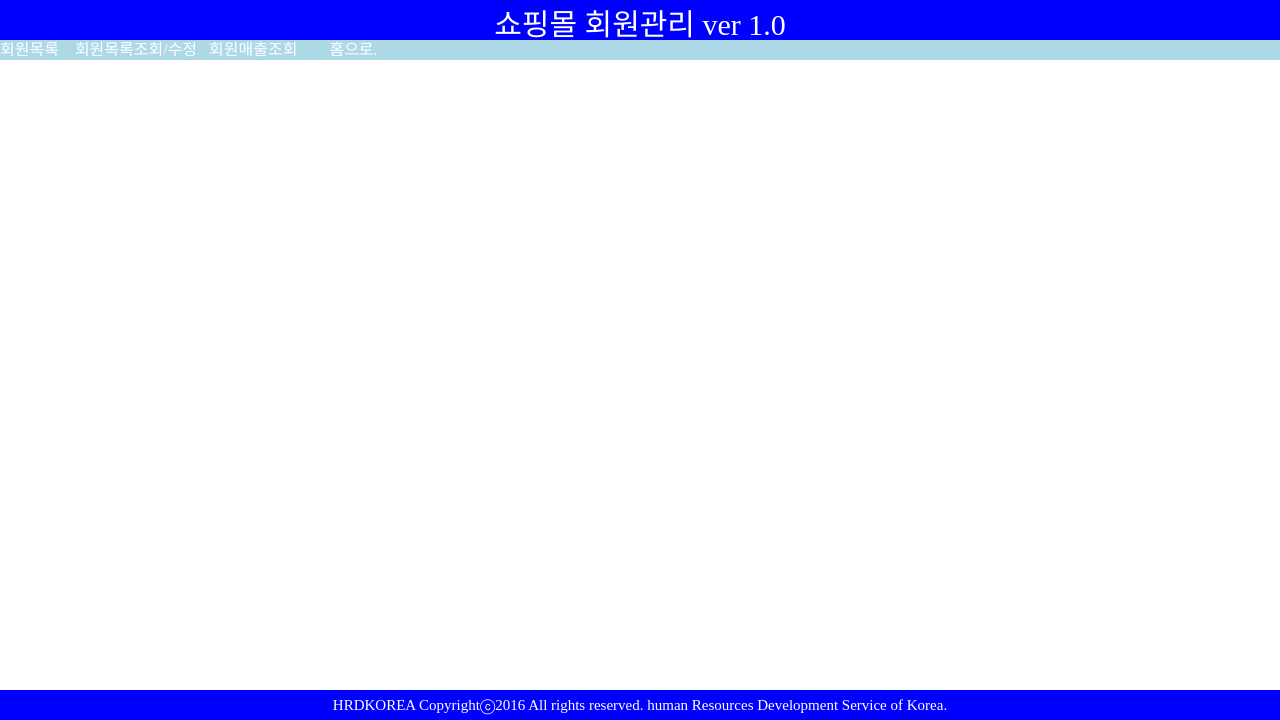
Repository: RnfElwl/youtube_infoT
Page: http://localhost/HRD_30812/list.jsp
An editor plug-in stored every save of this project. The page is shown before and after the next save, followed by the edit.
The browser window is 1280 px wide. The pictures show the whole page.
The page is served by Tomcat 9. Other server files are loaded and not shown.

Above is the page before, as saved 2022-03-12 17:52:53.

### HRD_30812/src/main/webapp/list.jsp
<%@ page language="java" contentType="text/html; charset=UTF-8"
    pageEncoding="UTF-8"%>
<!DOCTYPE html>
<html>
<head>
<meta charset="UTF-8">
<title>Insert title here</title>
</head>
<body style="margin:0; padding:0;">
	<jsp:include page="header.jsp"/>

	<jsp:include page="footer.jsp"/>
</body>
</html>

### HRD_30812/src/main/webapp/header.jsp
<%@ page language="java" contentType="text/html; charset=UTF-8"
    pageEncoding="UTF-8"%>
<!DOCTYPE html>
<html>
<head>
<meta charset="UTF-8">
<title>header</title>
</head>
<body>
<header style="position:fixed; top:0px; width:100%; height:40px;
	background-color:blue; color:white; font-size:30px; text-align:center;
	 line-height:40px '"> 쇼핑몰 회원관리 ver 1.0</header>
	 <nav style="position:fixed; top:40px; width:100%; height:20px;
	background-color:lightblue; color:white; line-height:20px ">
	회원목록 &nbsp;&nbsp; 회원목록조회/수정 &nbsp;&nbsp;회원매출조회 &nbsp; &nbsp; &nbsp; &nbsp;홈으로.</nav>
</body>
</html>

### HRD_30812/src/main/webapp/footer.jsp
<%@ page language="java" contentType="text/html; charset=UTF-8"
    pageEncoding="UTF-8"%>
<!DOCTYPE html>
<html>
<head>
<meta charset="UTF-8">
<title>footer</title>
</head>
<body>
	<footer style="position:fixed; bottom:0px; width:100%; height:30px;
	background-color:blue; color:white; text-align:center; line-height:30px; font-size:15px ">
	 HRDKOREA Copyrightⓒ2016 All rights reserved. human Resources Development Service of Korea.
	 </footer>
</body>
</html>

After the next save:
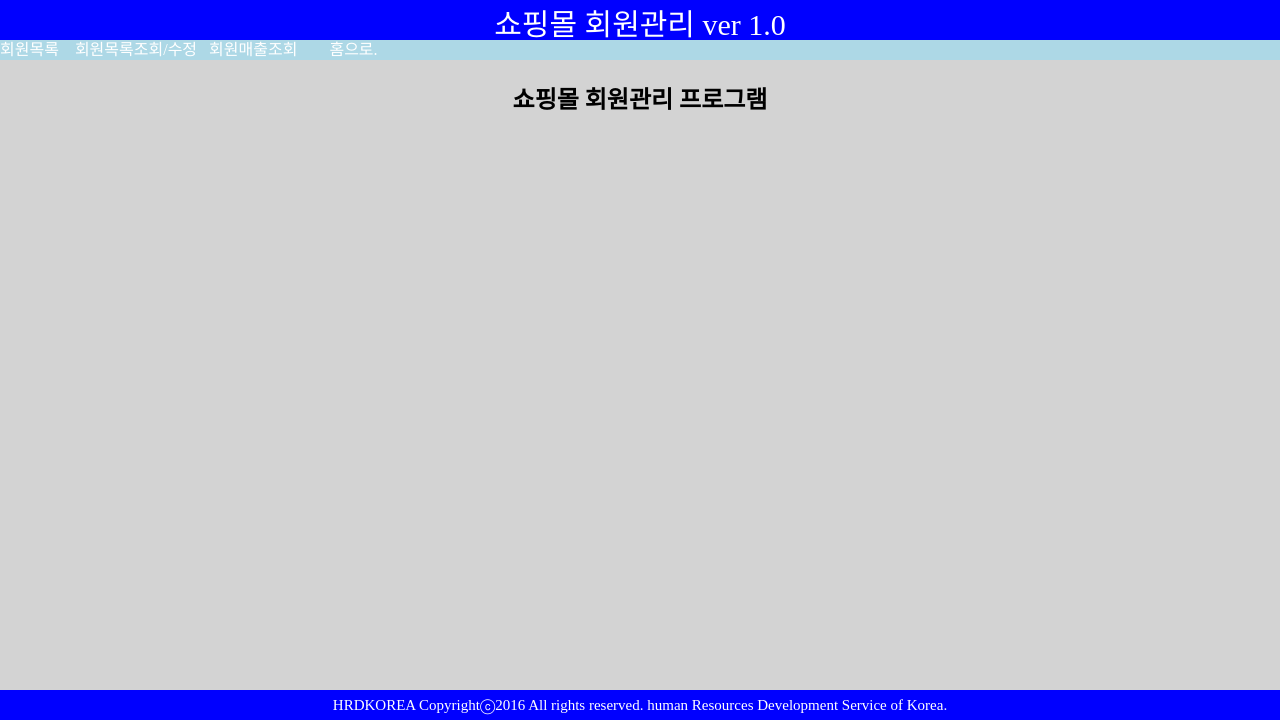
Saved 35 s later.
--- a/HRD_30812/src/main/webapp/list.jsp
+++ b/HRD_30812/src/main/webapp/list.jsp
@@ -9,6 +9,9 @@
 <body style="margin:0; padding:0;">
 	<jsp:include page="header.jsp"/>
 
+	<section style="position:fixed; top:60px; width:100%; height:100%; background-color:lightgray ">
+	 <h2 style="text-align:center">쇼핑몰 회원관리 프로그램</h2><br>
+	</section>
 	<jsp:include page="footer.jsp"/>
 </body>
 </html>
